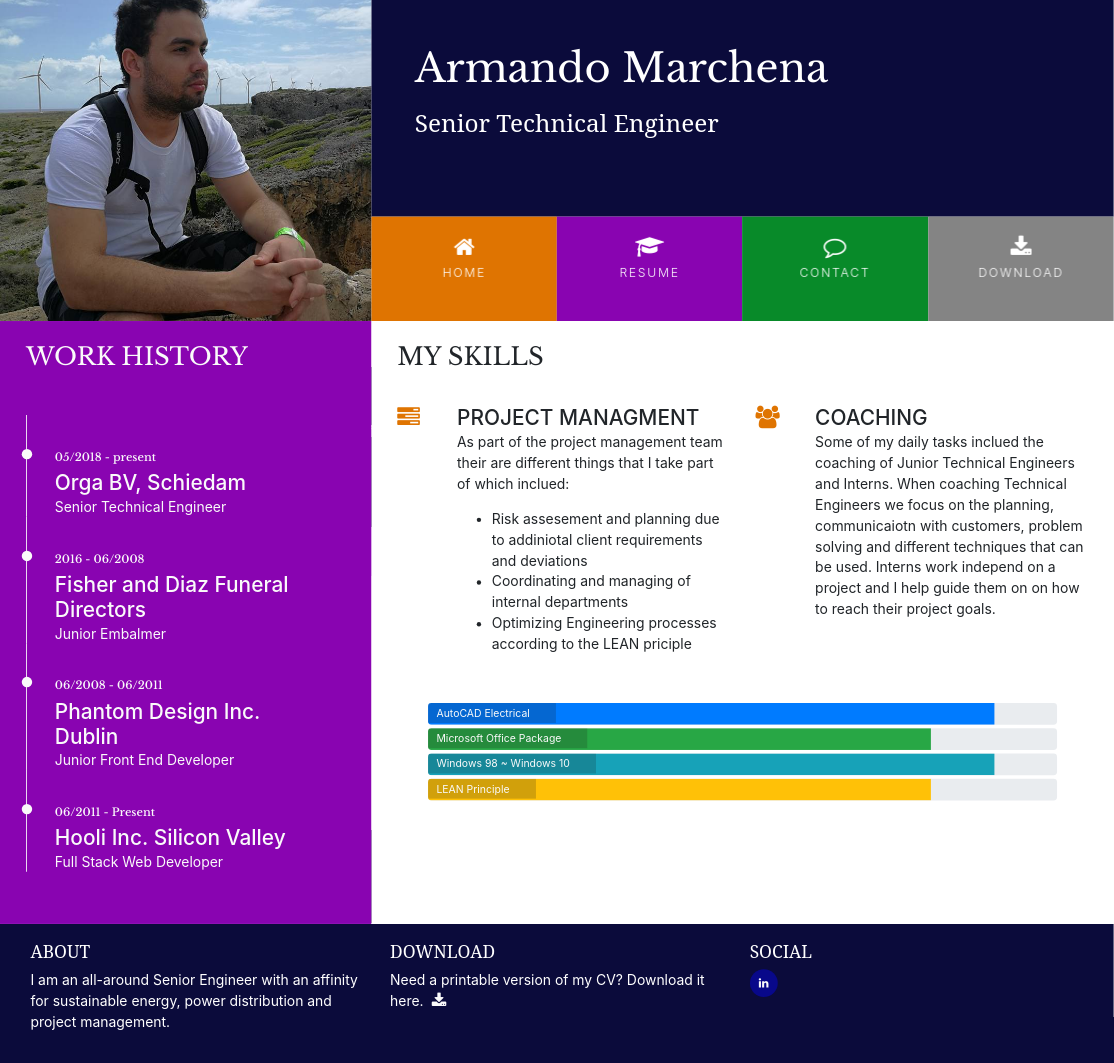
Repository: dugudugu/Resume-A-Marchena
Page: resume.html
The author's editor kept a record of every edit. The page is drawn from the files as they stood at one moment, then again after the next edit.
The browser window is 1280 px wide. The pictures show the whole page, at 87% of full size.

Above is the page before.

After the next edit:
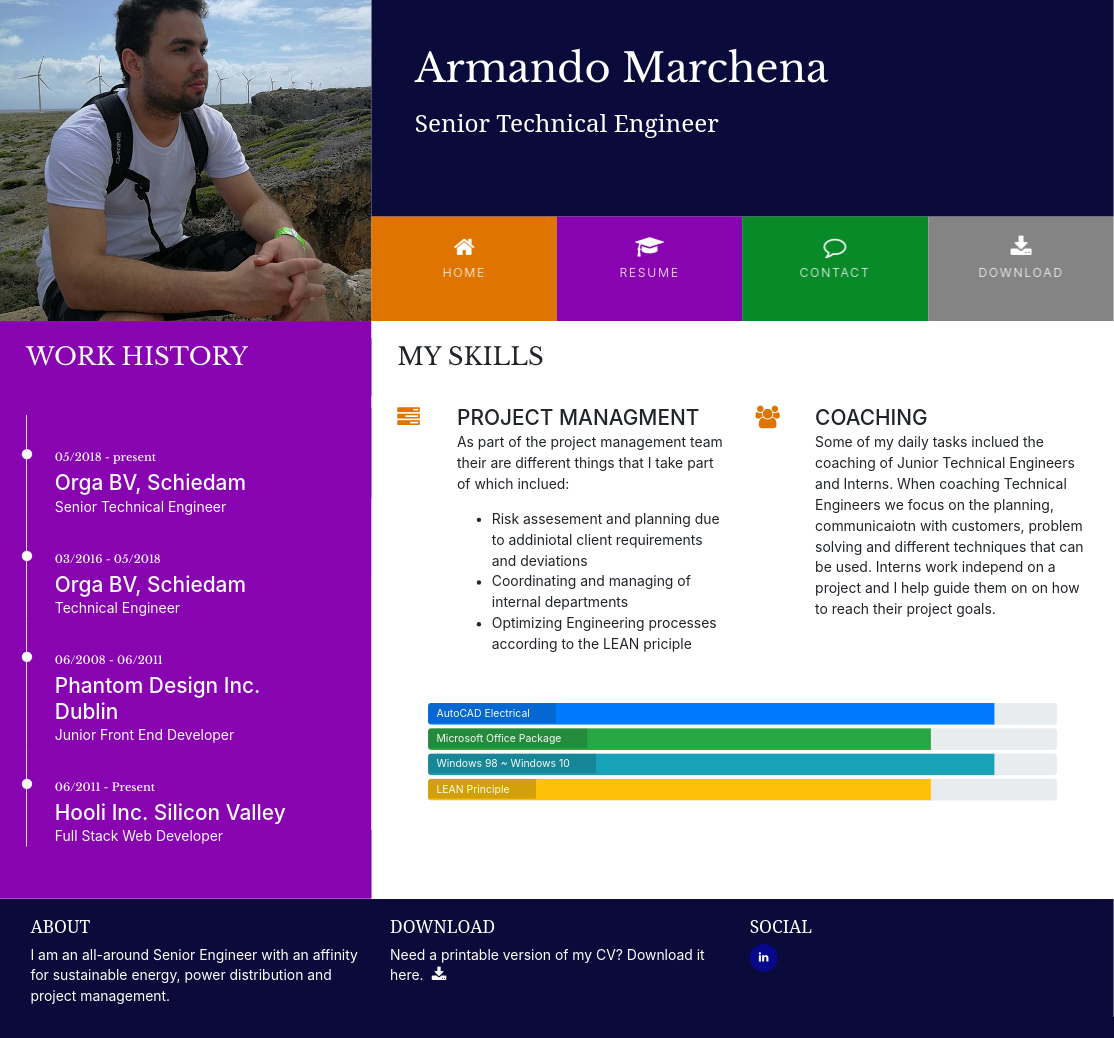
The edit:
--- a/resume.html
+++ b/resume.html
@@ -64,9 +64,9 @@
                         <h4>Orga BV, Schiedam</h4>
                         <p>Senior Technical Engineer</p>
                     </div>
-                    <div class="timeline-item" data-dates="2016 - 06/2008">
-                        <h4>Fisher and Diaz Funeral Directors</h4>
-                        <p>Junior Embalmer</p>
+                    <div class="timeline-item" data-dates="03/2016 - 05/2018">
+                        <h4>Orga BV, Schiedam</h4>
+                        <p>Technical Engineer</p>
                     </div>
                     <div class="timeline-item" data-dates="06/2008 - 06/2011">
                         <h4>Phantom Design Inc. Dublin</h4>
